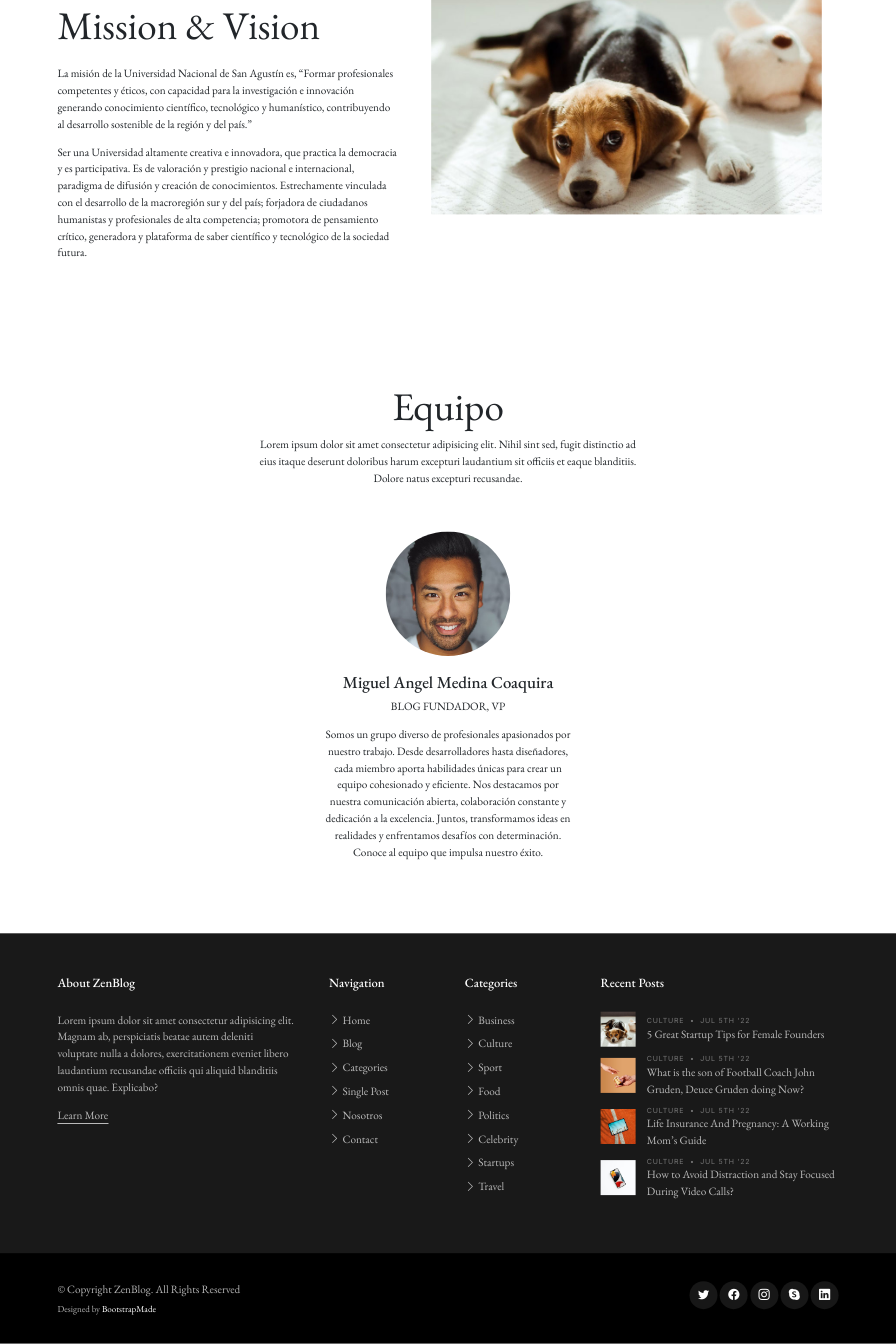
Repository: MiguelDev5/blog-miguel
Page: about.html
These files come from the project's save history. The page is drawn as it stood at one moment and after the next save; the edit follows.
The browser window is 1280 px wide. The pictures show the part of the page from y = 785 to 2705 px (the page is 2705 px tall before and 2630 px after), at 70% of full size.
Some web fonts or font styles are not loaded; a fallback is used.

Above is the page before, as saved 2024-01-01 04:23:58.

After the next save:
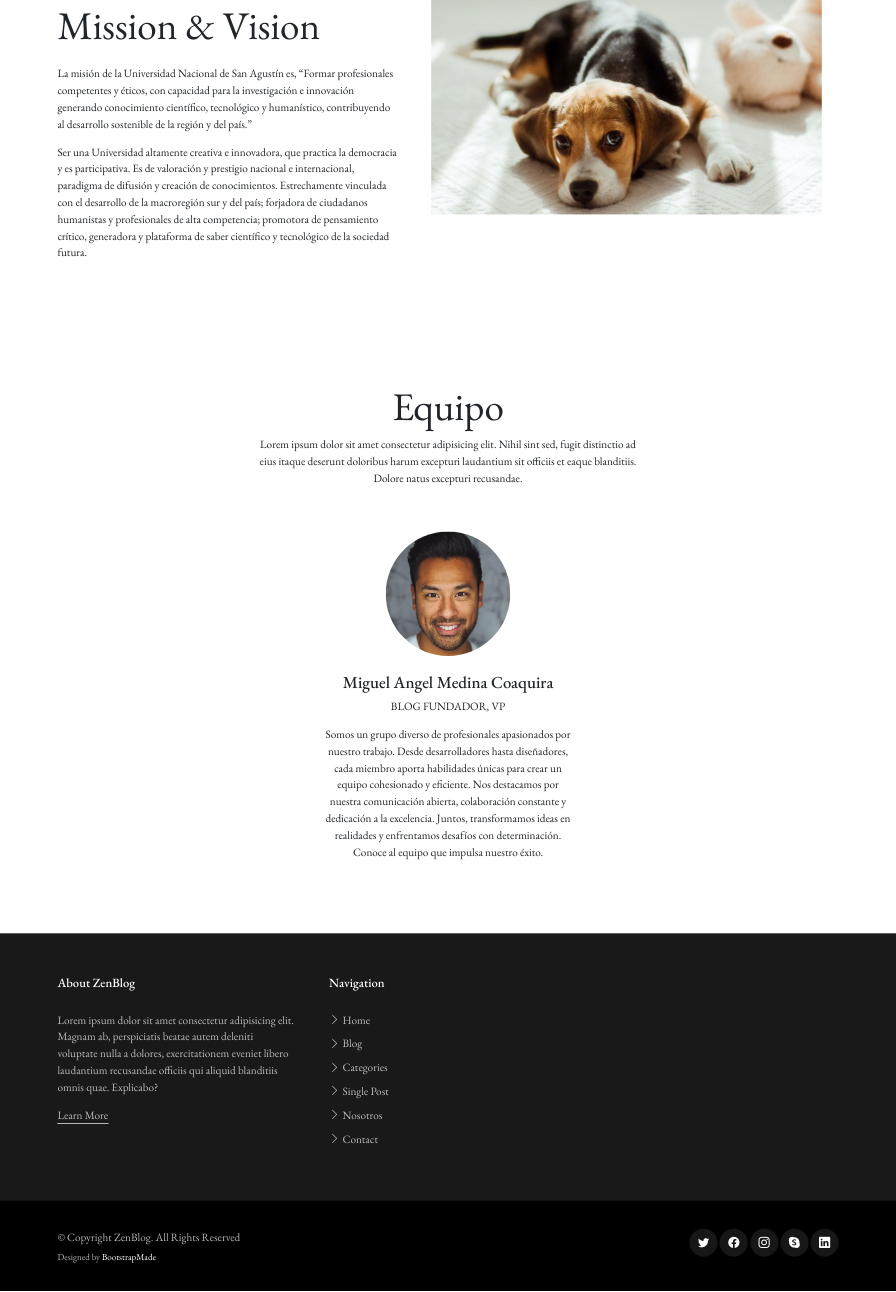
Saved 97 s later.
--- a/about.html
+++ b/about.html
@@ -190,68 +190,9 @@
               <li><a href="contact.html"><i class="bi bi-chevron-right"></i> Contact</a></li>
             </ul>
           </div>
-          <div class="col-6 col-lg-2">
-            <h3 class="footer-heading">Categories</h3>
-            <ul class="footer-links list-unstyled">
-              <li><a href="category.html"><i class="bi bi-chevron-right"></i> Business</a></li>
-              <li><a href="category.html"><i class="bi bi-chevron-right"></i> Culture</a></li>
-              <li><a href="category.html"><i class="bi bi-chevron-right"></i> Sport</a></li>
-              <li><a href="category.html"><i class="bi bi-chevron-right"></i> Food</a></li>
-              <li><a href="category.html"><i class="bi bi-chevron-right"></i> Politics</a></li>
-              <li><a href="category.html"><i class="bi bi-chevron-right"></i> Celebrity</a></li>
-              <li><a href="category.html"><i class="bi bi-chevron-right"></i> Startups</a></li>
-              <li><a href="category.html"><i class="bi bi-chevron-right"></i> Travel</a></li>
-
-            </ul>
-          </div>
-
-          <div class="col-lg-4">
-            <h3 class="footer-heading">Recent Posts</h3>
-
-            <ul class="footer-links footer-blog-entry list-unstyled">
-              <li>
-                <a href="single-post.html" class="d-flex align-items-center">
-                  <img src="assets/img/post-sq-1.jpg" alt="" class="img-fluid me-3">
-                  <div>
-                    <div class="post-meta d-block"><span class="date">Culture</span> <span class="mx-1">&bullet;</span> <span>Jul 5th '22</span></div>
-                    <span>5 Great Startup Tips for Female Founders</span>
-                  </div>
-                </a>
-              </li>
-
-              <li>
-                <a href="single-post.html" class="d-flex align-items-center">
-                  <img src="assets/img/post-sq-2.jpg" alt="" class="img-fluid me-3">
-                  <div>
-                    <div class="post-meta d-block"><span class="date">Culture</span> <span class="mx-1">&bullet;</span> <span>Jul 5th '22</span></div>
-                    <span>What is the son of Football Coach John Gruden, Deuce Gruden doing Now?</span>
-                  </div>
-                </a>
-              </li>
-
-              <li>
-                <a href="single-post.html" class="d-flex align-items-center">
-                  <img src="assets/img/post-sq-3.jpg" alt="" class="img-fluid me-3">
-                  <div>
-                    <div class="post-meta d-block"><span class="date">Culture</span> <span class="mx-1">&bullet;</span> <span>Jul 5th '22</span></div>
-                    <span>Life Insurance And Pregnancy: A Working Mom’s Guide</span>
-                  </div>
-                </a>
-              </li>
-
-              <li>
-                <a href="single-post.html" class="d-flex align-items-center">
-                  <img src="assets/img/post-sq-4.jpg" alt="" class="img-fluid me-3">
-                  <div>
-                    <div class="post-meta d-block"><span class="date">Culture</span> <span class="mx-1">&bullet;</span> <span>Jul 5th '22</span></div>
-                    <span>How to Avoid Distraction and Stay Focused During Video Calls?</span>
-                  </div>
-                </a>
-              </li>
-
-            </ul>
-
-          </div>
+
+
+
         </div>
       </div>
     </div>
